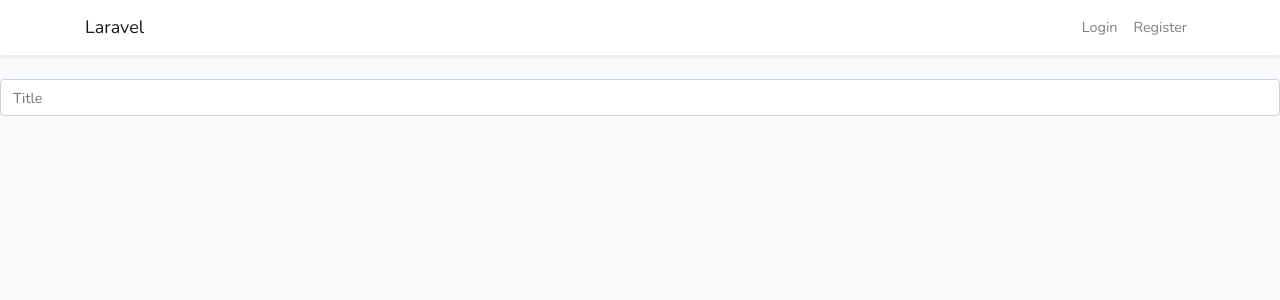
Repository: mohamedelbadawi/Simple-galley-using-laravel
Page: http://localhost/admin/albums/create
An editor plug-in stored every save of this project. The page is shown before and after the next save, followed by the edit.
The browser window is 1280 px wide. The pictures show the whole page.
The page is served by the project's Laravel application, run on PHP 8.4 with Laravel 8.

Above is the page before, as saved 2021-08-31 09:38:11.

After the next save:
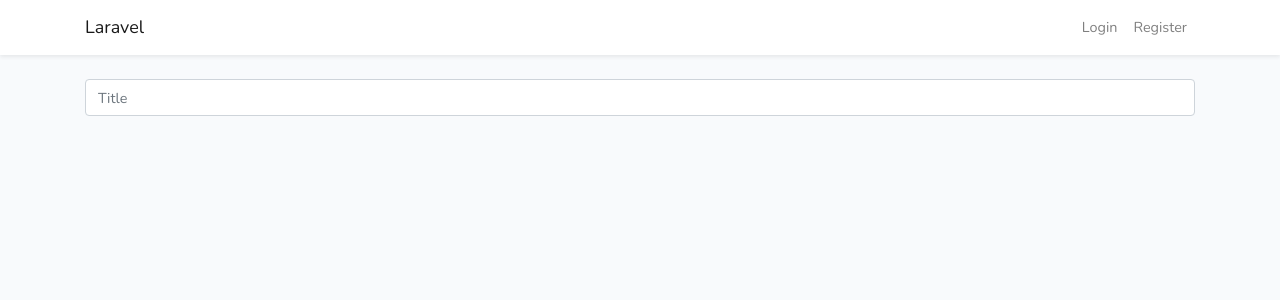
Saved 19 s later.
--- a/Gallery/resources/views/admin/albums/create.blade.php
+++ b/Gallery/resources/views/admin/albums/create.blade.php
@@ -1,13 +1,15 @@
 @extends('layouts.app')
 @section('content')
+<div class="container">
 
-    <form action="">
-        <div class="form-group">
-        <input type="text" class="form-control" name="title" placeholder="Title">
+        <form action="">
+            <div class="form-group">
+            <input type="text" class="form-control" name="title" placeholder="Title">
 
-        </div>
+            </div>
 
-    </form>
+        </form>
+</div>
 
 
 @endsection
